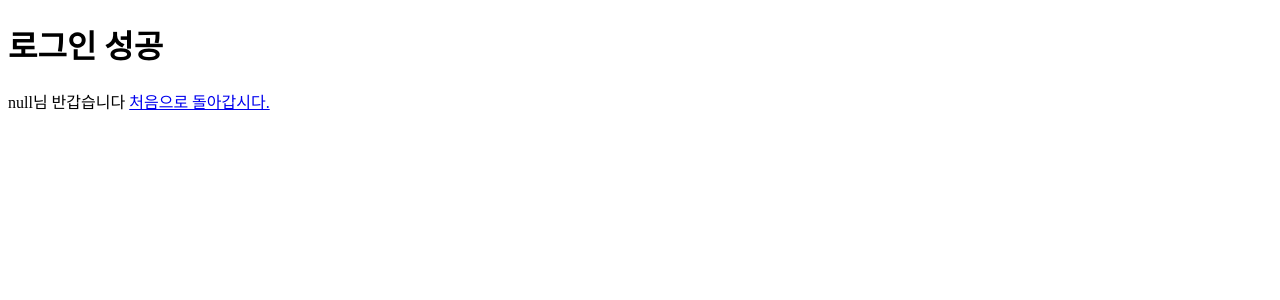
Repository: bgmun01/woorifisa_java
Page: http://localhost/web_day3/login/loginResult.jsp
These files come from the project's save history. The page is drawn as it stood at one moment and after the next save; the edit follows.
The browser window is 1280 px wide. The pictures show the whole page.
The page is served by Tomcat 9.

Above is the page before, as saved 2023-06-19 02:31:58.

After the next save:
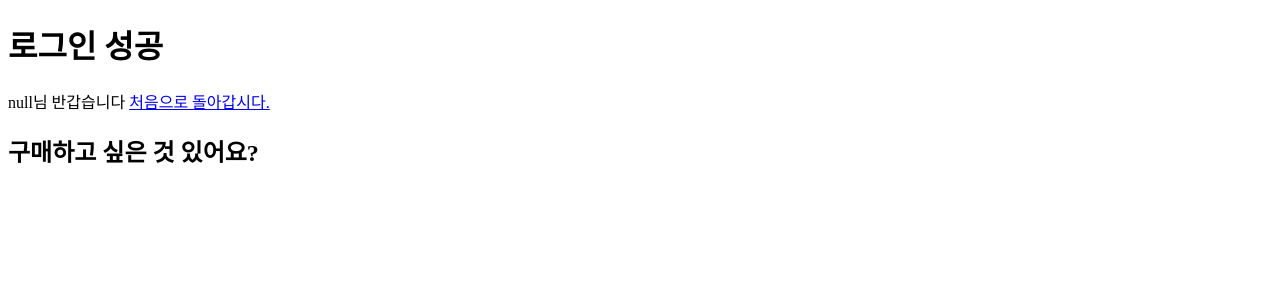
Saved 2 min 4 s later.
--- a/web_day3/src/main/webapp/login/loginResult.jsp
+++ b/web_day3/src/main/webapp/login/loginResult.jsp
@@ -10,5 +10,8 @@
 	<h1>로그인 성공</h1>
 	<%=session.getAttribute("loginName")%>님 반갑습니다
 	<a href="/web_day3/index.jsp">처음으로 돌아갑시다.</a>
+
+	<h2>구매하고 싶은 것 있어요?</h2>
+	<form action="/web_day3/cart" method='get'></form>
 </body>
 </html>
